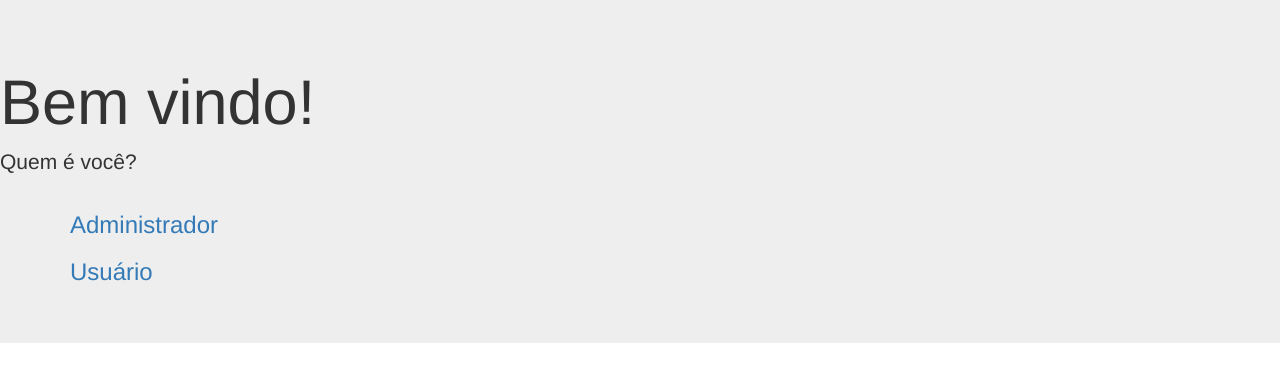
Repository: JacksonPassos/JAAS
Page: http://localhost/gerenciador/jsp/index.jsp
An editor plug-in stored every save of this project. The page is shown before and after the next save, followed by the edit.
The browser window is 1280 px wide. The pictures show the whole page.
The page is served by Tomcat 9.

Above is the page before, as saved 2017-05-16 21:11:27.

After the next save:
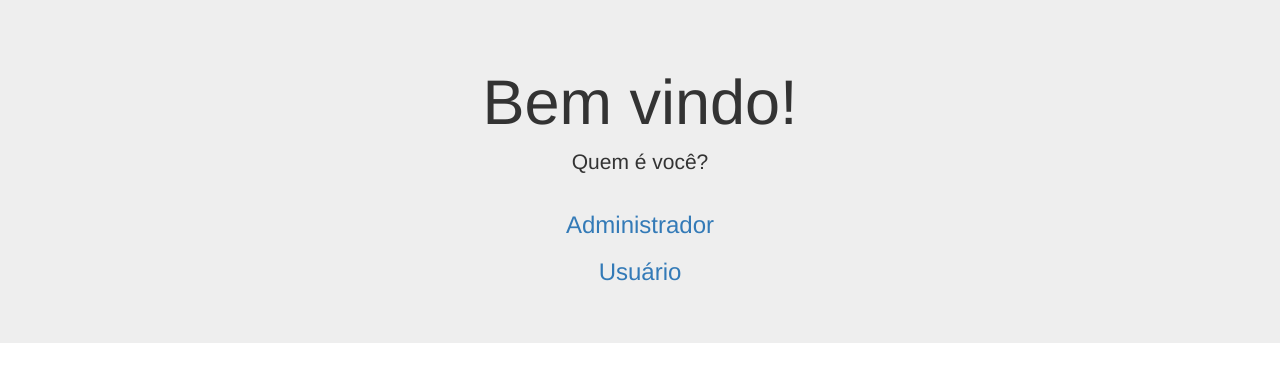
Saved 47 s later.
--- a/gerenciador/WebContent/jsp/index.jsp
+++ b/gerenciador/WebContent/jsp/index.jsp
@@ -4,6 +4,13 @@
     <head>
         <meta http-equiv="Content-Type" content="text/html; charset=UTF-8">
         <link rel="stylesheet" type="text/css" href="bootstrap/css/bootstrap.min.css">
+        <style type="text/css">
+			body {
+			margin:0;
+			padding:0;
+			text-align:center;
+			}
+		</style>
         <title>JSP Page</title>
     </head>
     <body>
